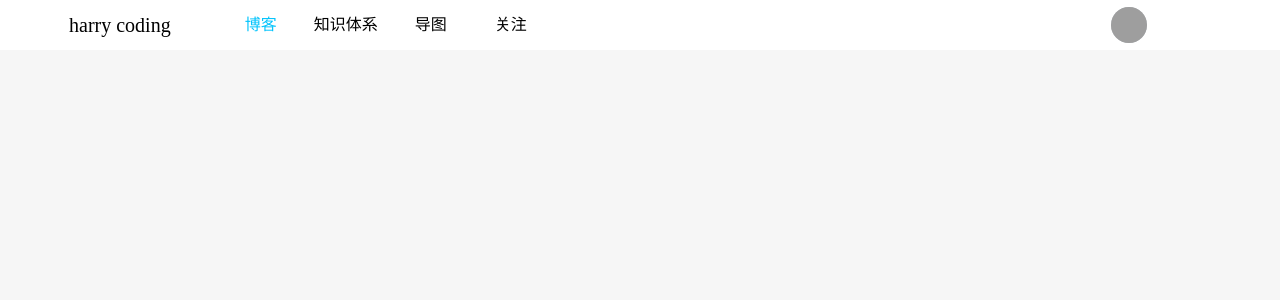
Repository: nestzero/blog
Page: /#/author
These files come from the project's save history. The page is drawn as it stood at one moment and after a run of saves; the edit follows.
The browser window is 1280 px wide. The pictures show the whole page.
Pictures or frames that could not be fetched are drawn as grey boxes. The page's requests for data from a server got no answer. The project was rebuilt for these pictures with package versions that can differ from the ones it lists, and the page was loaded fresh each time. No one was signed in, and anything a server would have sent is missing. Also part of the build but not shown: vue.config.js.

Above is the page before, as saved 2022-03-03 22:26:39.

After the next 3 saves:
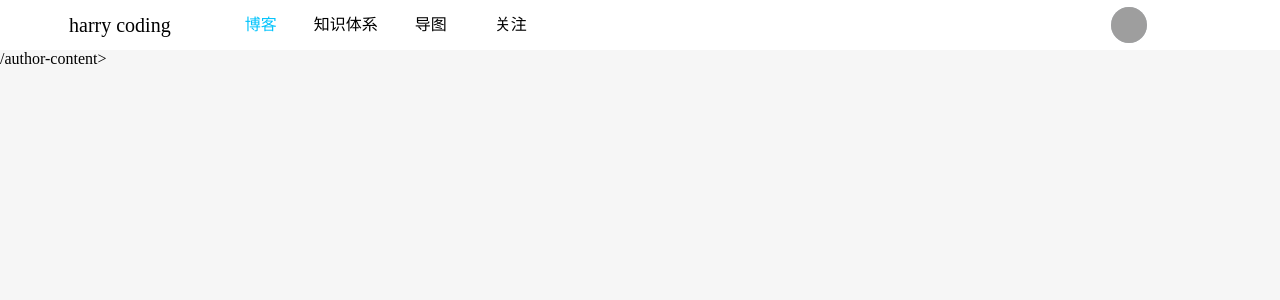
The 3 saves are shown as one change because they came seconds apart.
The last was saved 10 s later.
--- a/src/views/author/author.vue
+++ b/src/views/author/author.vue
@@ -4,7 +4,7 @@
       <nav-top></nav-top>
     </div>
 
-    <author-content></author-content>
+    <author-content :essay/author-content>
   </div>
 </template>
 

After the 3 saves that followed:
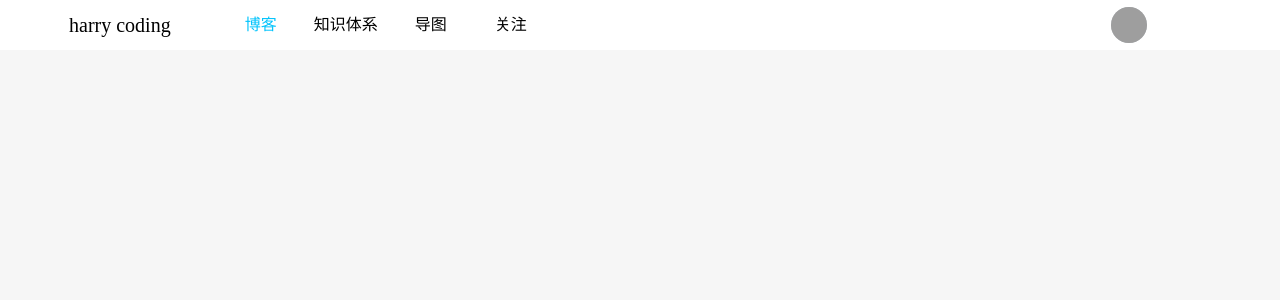
The 3 saves are shown as one change because 1 did not build or start and some came seconds apart.
The last was saved 19 s later.
--- a/src/views/author/author.vue
+++ b/src/views/author/author.vue
@@ -4,7 +4,7 @@
       <nav-top></nav-top>
     </div>
 
-    <author-content :essay/author-content>
+    <author-content :essay="essay"></author-content>
   </div>
 </template>
 
